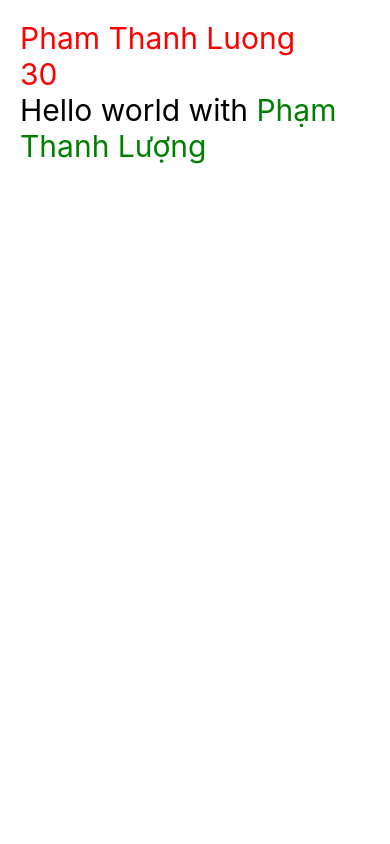
Repository: LuongPTCE181311/React-Native-Ultimate
Screen: /
The author's editor kept a copy of each file at every save. The screen is drawn from the files as they stood at one save, then again after a run of saves.
The app was drawn by React Native's web renderer in a window 390 px wide. The project was rebuilt for these pictures with package versions that can differ from the ones it lists, and the page was loaded fresh each time. Some packages were replaced by stand-ins written for this rebuild.

Above is the screen before, as saved 2026-05-30 15:16:56.

### App.tsx
import { StatusBar } from 'expo-status-bar';
import { useState } from 'react';
import { StyleSheet, Text, View } from 'react-native';

export default function App() {

  const [name, setName] = useState<string>("Pham Thanh Luong");

  const [age, setAge] = useState<number>(30);

  const [person, setPerson] = useState<{
    name: string;
    age: number;
  }>({
    name: "hoi dan it",
    age: 32
  })
  return (
    <View style={styles.container}>
      <View>
        <Text style={styles.text} >{name}</Text>
        <Text style={styles.text} >{age}</Text>
        <Text style={styles.text} >{}</Text>
      </View>
      <Text style={styles.text2}>Hello world with
        <Text style={styles.greenColor}> Phạm Thanh Lượng</Text>
      </Text>
    </View>
  );
}

const styles = StyleSheet.create({
  greenColor: {
    color: "green"
  },
  text: {
    fontSize: 30,
    color: "red"
  },
  text2: {
    fontSize: 30
  },
  container: {
    flex: 1,
    backgroundColor: '#fff',
    // alignItems: 'center',
    // justifyContent: 'center'
    paddingTop: 20,
    paddingLeft: 20
  },
});

Loaded but not shown: index.ts (common file)

After the next 3 saves:
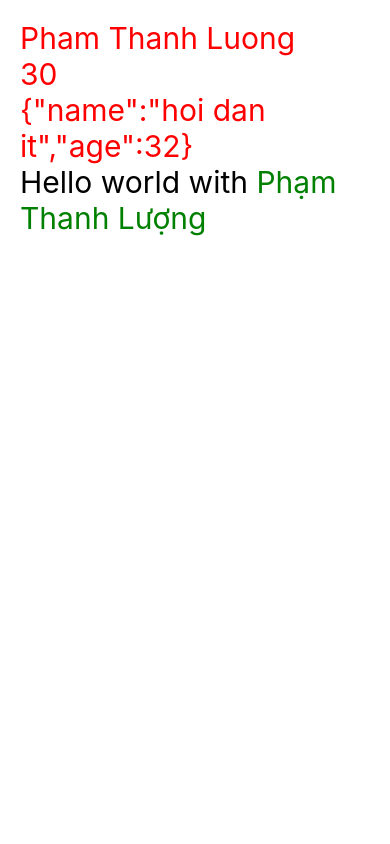
The 3 saves are shown as one change because they came seconds apart.
The last was saved 9 s later.
--- a/App.tsx
+++ b/App.tsx
@@ -20,7 +20,7 @@ export default function App() {
       <View>
         <Text style={styles.text} >{name}</Text>
         <Text style={styles.text} >{age}</Text>
-        <Text style={styles.text} >{}</Text>
+        <Text style={styles.text} >{JSON.stringify(person)}</Text>
       </View>
       <Text style={styles.text2}>Hello world with
         <Text style={styles.greenColor}> Phạm Thanh Lượng</Text>
